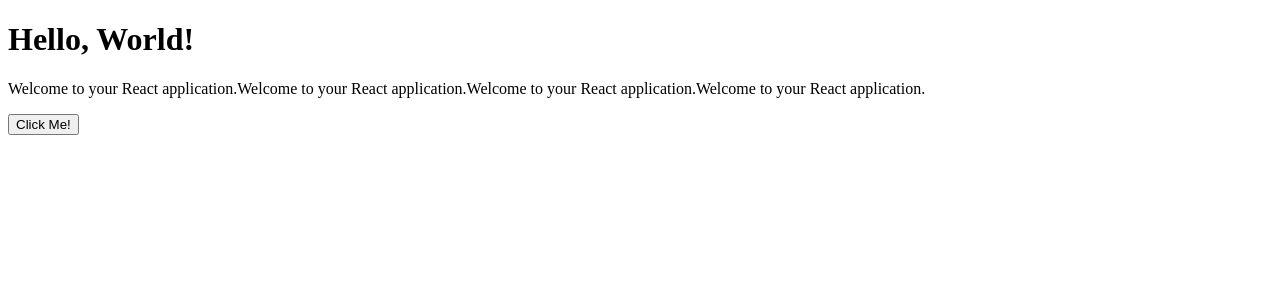
Repository: wendeshiro/D3-F-week1
Page: /
These files come from the project's save history. The page is drawn as it stood at one moment and after a run of saves; the edit follows.
The browser window is 1280 px wide. The pictures show the whole page.
The project was rebuilt for these pictures with package versions that can differ from the ones it lists, and the page was loaded fresh each time. Also part of the build but not shown: vite.config.js, src/index.css.

Above is the page before, as saved 2025-09-08 15:44:36.

After the next 2 saves:
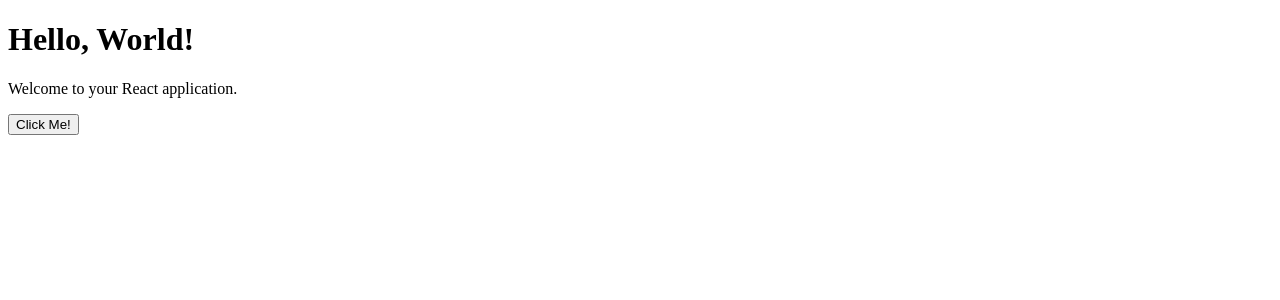
The 2 saves are shown as one change because they came seconds apart.
The last was saved 14 s later.
--- a/src/App.jsx
+++ b/src/App.jsx
@@ -2,7 +2,7 @@ function App() {
   return (
     <div className="Title">
       <h1>Hello, World!</h1>
-      <p>Welcome to your React application.Welcome to your React application.Welcome to your React   application.Welcome to your React application.</p>
+      <p>Welcome to your React application.</p>
       <button>Click Me!</button>
     </div>
   );
